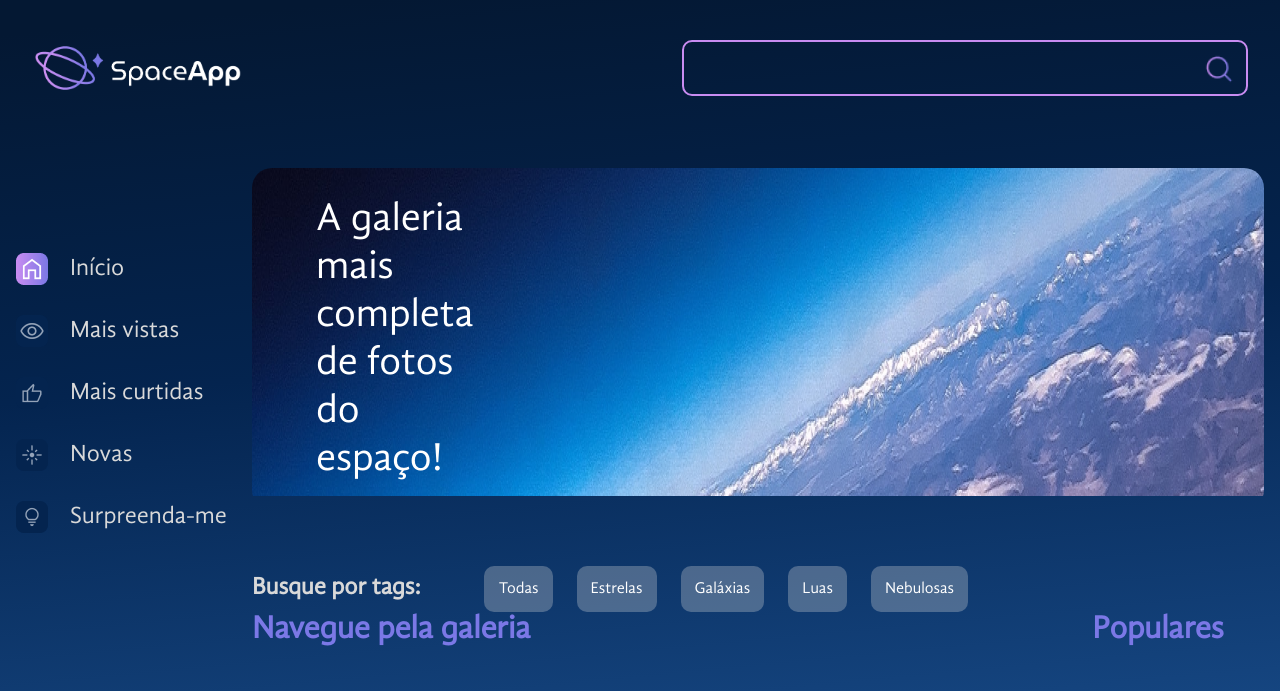
Repository: guilhermecardoso93/space-app-alura
Page: /
The author's editor kept a copy of each file at every save. The page is drawn from the files as they stood at one save, then again after the next save.
The browser window is 1280 px wide. The pictures show the whole page.
The project was rebuilt for these pictures with package versions that can differ from the ones it lists, and the page was loaded fresh each time. Also part of the build but not shown: vite.config.js.

Above is the page before, as saved 2024-06-21 20:58:40.

### index.html
<!doctype html>
<html lang="en">
  <head>
    <meta charset="UTF-8" />
    <link rel="icon" type="image/svg+xml" href="/imagens/logo.png" />
    <meta name="viewport" content="width=device-width, initial-scale=1.0" />
    <title>SpaceApp</title>
  </head>
  <body>
    <div id="root"></div>
    <script type="module" src="/src/main.jsx"></script>
  </body>
</html>

### src/App.jsx
import { Banner } from "./components/Banner";
import { EstilosGlobais } from "./components/EstilosGlobais";
import { Header } from "./components/Header";
import { SideBar } from "./components/SideBar";

import bannerBackground from "./assets/banner.png";
import {
  AppContainer,
  ConteudoGaleria,
  FundoGradiente,
  MainContainer,
} from "./styles";
import { Gallery } from "./components/Gallery";

export function App() {
  return (
    <FundoGradiente>
      <EstilosGlobais />
      <AppContainer>
        <Header />
        <MainContainer>
          <SideBar />
          <ConteudoGaleria>
            <Banner
              texto="A galeria mais completa de fotos do espaço!"
              backgroundImage={bannerBackground}
            />
            <Gallery />
          </ConteudoGaleria>
        </MainContainer>
      </AppContainer>
    </FundoGradiente>
  );
}

### src/components/Banner/index.jsx
import { styled } from "styled-components";

export function Banner(props) {
  return (
    <FigureEstilizada $backgroundImage={props.backgroundImage}>
      <TituloEstilizado>{props.texto}</TituloEstilizado>
    </FigureEstilizada>
  );
}

const FigureEstilizada = styled.figure`
  background-image: ${(props) => `url(${props.$backgroundImage})`};
  flex-grow: 1;
  background-repeat: no-repeat;
  display: flex;
  align-items: center;
  min-height: 328px;
  margin: 0;
  border-radius: 20px;
  max-width: 100%;
`;

const TituloEstilizado = styled.h1`
  font-weight: 400;
  font-size: 40px;
  line-height: 48px;
  color: #ffffff;
  max-width: 300px;
  padding: 0 64px;
`;

### src/components/EstilosGlobais/index.jsx
import { createGlobalStyle } from "styled-components";

import GandhiSansRegular from "./fonts/GandhiSans-Regular.otf";
import GandhiSansBold from "./fonts/GandhiSans-Bold.otf";

export const EstilosGlobais = createGlobalStyle`
  @font-face {
    font-family: 'GandhiSansRegular';
    src: local('Gandhi Sans Regular'), local('GandhiSansRegular'), url(${GandhiSansRegular});
  }
  @font-face {
    font-family: 'GandhiSansBold';
    src: local('Gandhi Sans Bold'), local('GandhiSansBold'), url(${GandhiSansBold});
  }

  * {
  margin: 0;
  padding: 0;
  box-sizing: border-box;
}

html {
  line-height: 1.15;
  -webkit-text-size-adjust: 100%;
  font-family: GandhiSansRegular;
}
body {
  margin: 0;
  min-height: 100vh;
}
main {
  display: block;
}
h1 {
  font-size: 2em;
  margin: 0.67em 0;
}
hr {
  box-sizing: content-box;
  height: 0;
  overflow: visible;
}
a {
  background-color: transparent;
}
abbr[title] {
  border-bottom: none;
  text-decoration: underline;
  text-decoration: underline dotted;
}
b,
strong {
  font-weight: bolder;
}
code,
kbd,
samp {
  font-family: monospace, monospace;
  font-size: 1em;
}
small {
  font-size: 80%;
}
sub,
sup {
  font-size: 75%;
  line-height: 0;
  position: relative;
  vertical-align: baseline;
}
sub {
  bottom: -0.25em;
}
sup {
  top: -0.5em;
}
img {
  border-style: none;
}
button,
input,
optgroup,
select,
textarea {
  font-family: inherit;
  font-size: 100%;
  line-height: 1.15;
  margin: 0;
}
button,
input {
  overflow: visible;
}
button,
select {
  text-transform: none;
}
button,
[type="button"],
[type="reset"],
[type="submit"] {
  -webkit-appearance: button;
}
button::-moz-focus-inner,
[type="button"]::-moz-focus-inner,
[type="reset"]::-moz-focus-inner,
[type="submit"]::-moz-focus-inner {
  border-style: none;
  padding: 0;
}
button:-moz-focusring,
[type="button"]:-moz-focusring,
[type="reset"]:-moz-focusring,
[type="submit"]:-moz-focusring {
  outline: 1px dotted ButtonText;
}
fieldset {
  padding: 0.35em 0.75em 0.625em;
}
legend {
  box-sizing: border-box;
  color: inherit;
  display: table;
  max-width: 100%;
  padding: 0;
  white-space: normal;
}
progress {
  vertical-align: baseline;
}
textarea {
  overflow: auto;
}
[type="checkbox"],
[type="radio"] {
  box-sizing: border-box;
  padding: 0;
}
[type="number"]::-webkit-inner-spin-button,
[type="number"]::-webkit-outer-spin-button {
  height: auto;
}
[type="search"] {
  -webkit-appearance: textfield;
  outline-offset: -2px;
}
[type="search"]::-webkit-search-decoration {
  -webkit-appearance: none;
}
::-webkit-file-upload-button {
  -webkit-appearance: button;
  font: inherit;
}
details {
  display: block;
}
summary {
  display: list-item;
}
template {
  display: none;
}
[hidden] {
  display: none;
}
`;

### src/components/Header/index.jsx
import { CampoTexto } from "../CampoTexto";
import { HeaderContainer } from "./styles";

export function Header() {
  return (
    <HeaderContainer>
      <img src="/imagens/logo.png" alt="Logo" />
      <CampoTexto />
    </HeaderContainer>
  );
}

### src/components/SideBar/index.jsx
import { SideBarContainer, SidebarLista } from "./styles";
import { ItemLista } from "./ItemLista";

export function SideBar() {
  return (
    <SideBarContainer>
      <nav>
        <SidebarLista>
          <a href="/">
            <ItemLista
              iconeAtivo="/icones/home-ativo.png"
              iconeInativo="/icones/home-inativo.png"
              ativo={true}
            >
              Início
            </ItemLista>
          </a>
          <ItemLista
            iconeAtivo="/icones/mais-vistas-ativo.png"
            iconeInativo="/icones/mais-vistas-inativo.png"
          >
            Mais vistas
          </ItemLista>
          <a href="/"></a>
          <ItemLista
            iconeAtivo="/icones/mais-curtidas-ativo.png"
            iconeInativo="/icones/mais-curtidas-inativo.png"
          >
            Mais curtidas
          </ItemLista>
          <ItemLista
            iconeAtivo="/icones/novas-ativo.png"
            iconeInativo="/icones/novas-inativo.png"
          >
            Novas
          </ItemLista>
          <a href="/"></a>
          <a href="/"></a>
          <ItemLista
            iconeAtivo="/icones/surpreenda-me-ativo.png"
            iconeInativo="/icones/surpreenda-me-inativo.png"
          >
            Surpreenda-me
          </ItemLista>
          <a href="/"></a>
        </SidebarLista>
      </nav>
    </SideBarContainer>
  );
}

### src/styles.js
import { styled } from "styled-components";

export const FundoGradiente = styled.div`
  background: linear-gradient(
    174.61deg,
    #041833 4.16%,
    #04244f 48%,
    #154580 96.76%
  );
  width: 100%;
  min-height: 100vh;
`;

export const AppContainer = styled.div`
  width: 1440px;
  max-width: 100%;
  margin: 0 auto;
  padding: 1rem;
`;

export const MainContainer = styled.main`
  display: flex;
  gap: 1.5rem;
  align-items: center;
`;

export const ConteudoGaleria = styled.section`
  display: flex;
  flex-direction: column;
  flex-grow: 1;
`;

### src/components/Gallery/index.jsx
import { Titulo } from "../Titulo";
import { SectionPopulares } from "./SectionPopulares";
import { Tags } from "./Tags";

import { GaleriaContainer, SecaoFluida, ImagensContainer } from "./styles";

export function Gallery({ fotos = [] }) {
  return (
    <div>
      <Tags />
      <GaleriaContainer>
        <SecaoFluida>
          <Titulo>Navegue pela galeria</Titulo>
          <ImagensContainer>
            {fotos.map((foto) => (
              <Imagem key={foto.id} foto={foto} />
            ))}
          </ImagensContainer>
        </SecaoFluida>
        <SectionPopulares />
      </GaleriaContainer>
    </div>
  );
}

### src/components/CampoTexto/index.jsx
import { ContainerEstilizado, IconeLupa, CampoTextoEstilizado} from './styles'
import search from './search.png'

export function CampoTexto(props) {
  return (
    <ContainerEstilizado>
        <CampoTextoEstilizado {...props} />
        <IconeLupa src={search} alt="ícone de lupa" />
    </ContainerEstilizado>
)
}

### src/components/Header/styles.js
import styled from "styled-components";

export const HeaderContainer = styled.header`
  padding: 60px 0;
  display: flex;
  justify-content: space-between;
  align-items: center;
  padding: 1rem;
  margin-bottom: 3rem;

  img {
    max-width: 212px;
  }
`;

### src/components/SideBar/styles.js
import styled from "styled-components";

export const SideBarContainer = styled.aside`
  a {
    text-decoration: none;
  }
`;

export const SidebarLista = styled.ul`
  list-style: none;
  padding: 0;
  margin: 0;
  width: 212px;
`;

### src/components/SideBar/ItemLista/index.jsx
/* eslint-disable react/prop-types */
import styled from "styled-components";

export function ItemLista(props) {
  return (
    <ItemListaLi>
      <img src={props.ativo ? props.iconeAtivo : props.iconeInativo} alt="" />
      {props.children}
    </ItemListaLi>
  );
}

const ItemListaLi = styled.li`
  font-size: 24px;
  line-height: 29px;
  margin-bottom: 30px;
  cursor: pointer;
  color: ${(props) => (props.$ativo ? "#7B78E5" : "#D9D9D9")};
  font-family: ${(props) =>
    props.$ativo ? "GandhiSansBold" : "GandhiSansRegular"};
  display: flex;
  align-items: center;
  gap: 22px;
`;

### src/components/Titulo/index.jsx
import styled from "styled-components";

export const Titulo = styled.h2`
  color: #7b78e6;
  font-size: 32px;
  text-align: ${(props) => (props.$alinhamento ? props.$alinhamento : "left")};
`;

### src/components/Gallery/SectionPopulares/index.jsx
import { Titulo } from "../../Titulo";

export function SectionPopulares() {
  return (
    <div style={{ minWidth: 212 }}>
      <Titulo $alinhamento="center">Populares</Titulo>
    </div>
  );
}

### src/components/Gallery/Tags/index.jsx
import { TagTitulo, TagsContainer, Div, Tag } from "./styles";
import tags from "./tags.json";

export function Tags() {
  return (
    <TagsContainer>
      <TagTitulo>Busque por tags:</TagTitulo>
      <Div>
        {tags.map((tag) => (
          <Tag key={tag.id}>{tag.titulo}</Tag>
        ))}
      </Div>
    </TagsContainer>
  );
}

### src/components/Gallery/styles.js
import styled from "styled-components";

export const GaleriaContainer = styled.div`
    display: flex;
    gap: 24px;
`

export const SecaoFluida = styled.section`
    flex-grow: 1;
`

export const ImagensContainer = styled.section`
    display: flex;
    justify-content: space-between;
    flex-wrap: wrap;
    gap: 24px;
`

### src/components/CampoTexto/styles.js
import { styled } from "styled-components";

export const ContainerEstilizado = styled.div`
  position: relative;
  display: inline-block;
`;

export const CampoTextoEstilizado = styled.input`
  height: 56px;
  padding: 12px 16px;
  border-radius: 10px;
  border: 2px solid;
  border-color: #c98cf1;
  background: transparent;
  box-sizing: border-box;
  width: 566px;
  color: #d9d9d9;
  font-weight: 400;
  font-size: 20px;
  line-height: 20px;
`;

export const IconeLupa = styled.img`
  position: absolute;
  top: 10px;
  right: 10px;
  width: 38px;
  height: 38px;
`;

### src/components/Gallery/Tags/styles.js
import { styled } from 'styled-components';
import tags from './tags.json'

export const TagsContainer = styled.section`
    display: flex;
    align-items: center;
    gap: 64px;
    margin-top: 56px;
`

export const TagTitulo = styled.h3`
    color: #D9D9D9;
    font-size: 24px;
    margin: 0;
`;

export const Tag = styled.button`
    font-size: 1rem;
    color: #FFFFFF;
    background: rgba(217, 217, 217, 0.3);
    border-radius: 10px;
    cursor: pointer;
    transition: background-color 0.3s ease;
    padding: 12px;
    box-sizing: border-box;
    border: 2px solid transparent;
    &:hover {
      border-color: #C98CF1;
    }
`

export const Div = styled.div`
    display: flex;
    gap: 24px;
    justify-content: end;
`

### src/components/Gallery/Tags/tags.json
[
  {
    "id": 0,
    "titulo": "Todas"
  },
  {
    "id": 1,
    "titulo": "Estrelas"
  },
  {
    "id": 2,
    "titulo": "Galáxias"
  },
  {
    "id": 3,
    "titulo": "Luas"
  },
  {
    "id": 4,
    "titulo": "Nebulosas"
  }
]

Loaded but not shown: src/main.jsx (common file)

After the next save:
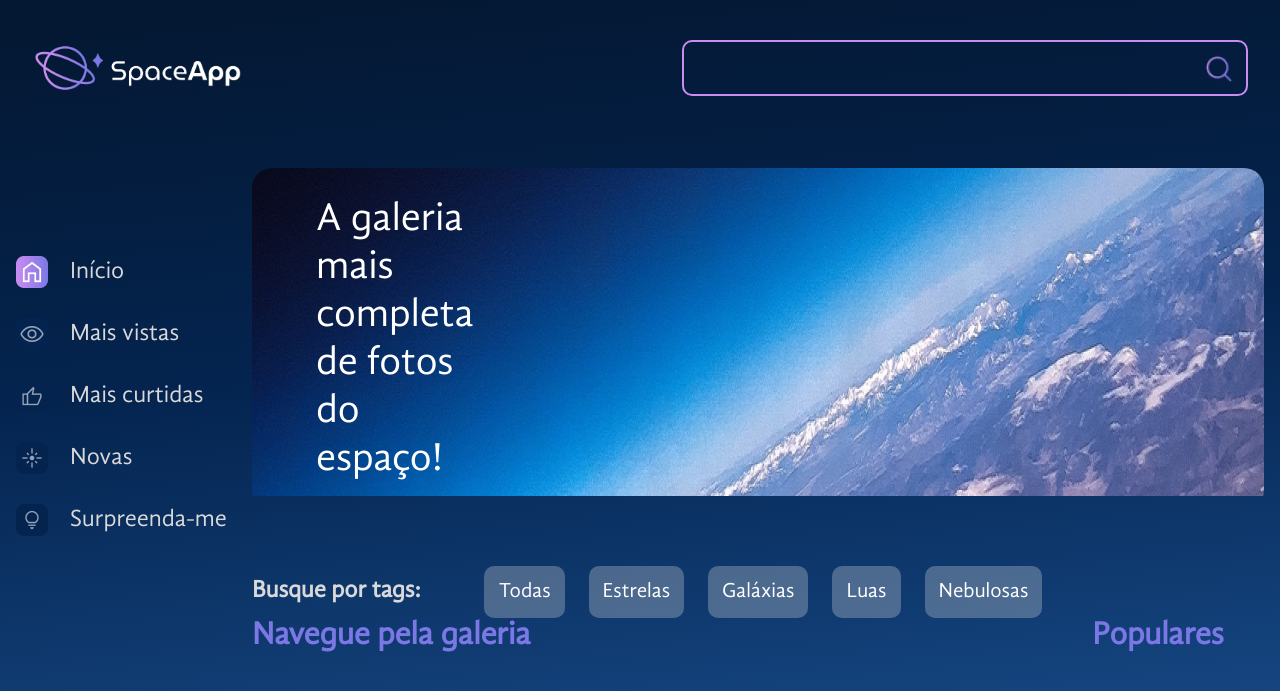
Saved 6 s later.
--- a/src/components/Gallery/Tags/styles.js
+++ b/src/components/Gallery/Tags/styles.js
@@ -15,7 +15,7 @@ export const TagTitulo = styled.h3`
 `;
 
 export const Tag = styled.button`
-    font-size: 1rem;
+    font-size: 1.3rem;
     color: #FFFFFF;
     background: rgba(217, 217, 217, 0.3);
     border-radius: 10px;
